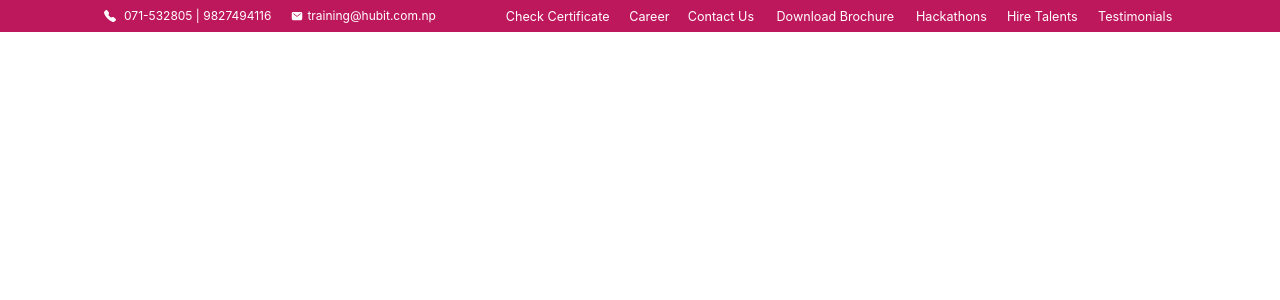
Repository: Sushant203/react-training-
Page: /
An editor plug-in stored every save of this project. The page is shown before and after the next save, followed by the edit.
The browser window is 1280 px wide. The pictures show the whole page.
The project was rebuilt for these pictures with package versions that can differ from the ones it lists, and the page was loaded fresh each time. Also part of the build but not shown: src/App.css.

Above is the page before, as saved 2022-12-15 01:41:02.

After the next save:
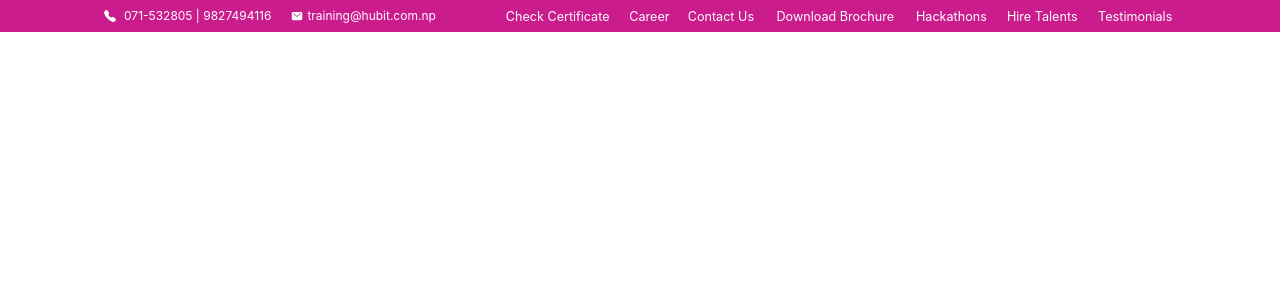
Saved 5 h 8 min later.
--- a/src/components/UpperNav.jsx
+++ b/src/components/UpperNav.jsx
@@ -4,7 +4,7 @@ import { IoMail } from "react-icons/io5";
 const UpperNav = () => {
   return (
     <div>
-      <div className="flex w-full bg-pink-700 align-center px-2 py-1 text-white text-xs justify-between container">
+      <div className="flex w-full bg-[#CB1C8D] align-center px-2 py-1 text-white text-xs justify-between container">
         <div className="flex gap-3">
           <div className="flex gap-2 items-center ml-24">
             <BsFillTelephoneFill className="text-white" />
